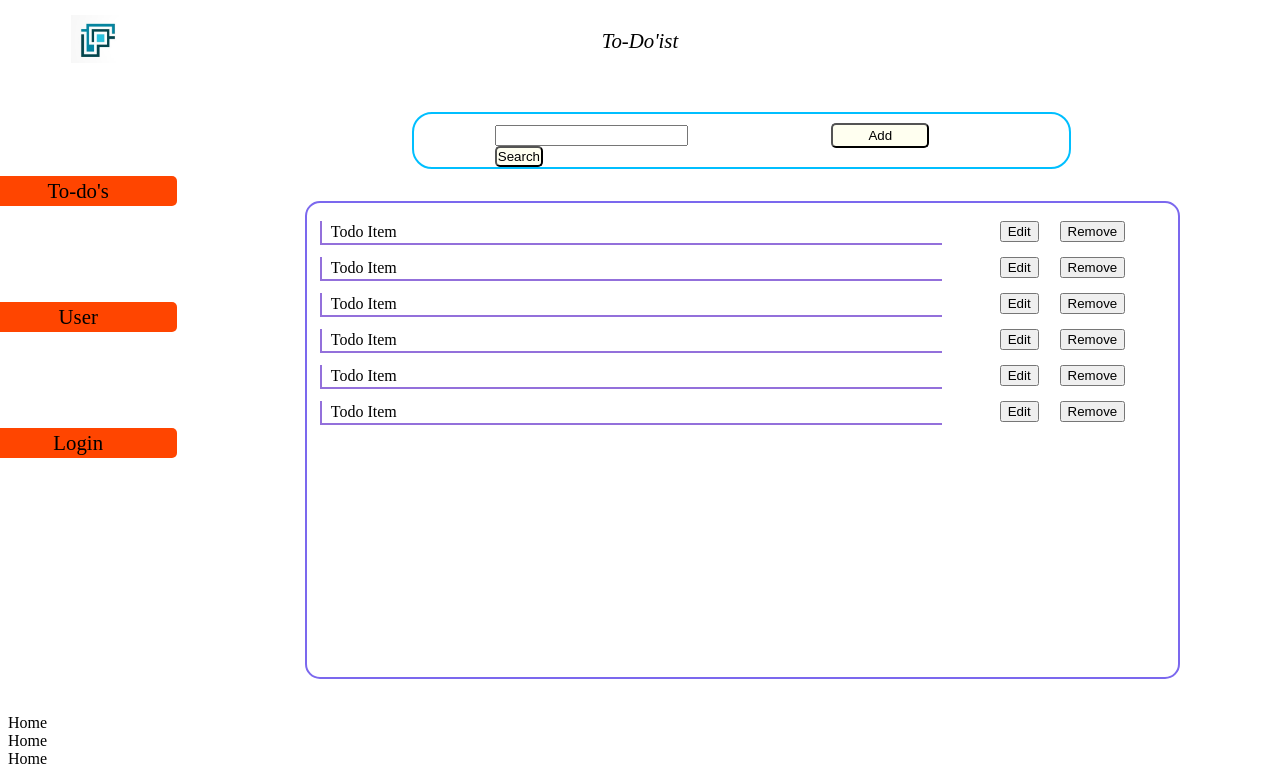
Repository: tavisca-pkadam/Todo-Website
Page: home.html
An editor plug-in stored every save of this project. The page is shown before and after the next save, followed by the edit.
The browser window is 1280 px wide. The pictures show the whole page.

Above is the page before, as saved 2019-08-20 08:57:52.

### home.html
<!DOCTYPE html>
<html>
  <head>
    <meta charset="utf-8" />
    <meta http-equiv="X-UA-Compatible" content="IE=edge" />
    <title>Page Title</title>
    <meta name="viewport" content="width=device-width, initial-scale=1" />
    <link rel="stylesheet" type="text/css" media="screen" href="main.css" />

    <link rel="import" href="components/header.html" />

    <!-- <script src='main.js'></script> -->
  </head>
  <body>
    <div id="head" class="header">
      <img id="company_logo" src="src/logo.jpg" width="5%" />
      <p id="todo_header"><i>To-Do'ist</i></p>
    </div>


    <div id="side_nav">
      <div id="side_todo"  class="side_btn">
        To-do's
      </div>
      <div id="side_user" class="side_btn">
        User
      </div>
      <div id="side_login" class="side_btn">
        Login
      </div>
    </div>
    <div id="todo_content">
        <div id="todo_content_head">
            <div id="todo_content_search">
                <input type="text" style="padding-right:10px">
                <button class="search_button">Search</button>
            </div>
            <button id="todo_content_add" class="search_button">Add</button>
        </div>
        <div id="todo_list">
            <div class="todo_item">
                <div class="todo_detail">
                        Todo Item
                </div>
                <button class="todo_edit_btn">Edit</button>
                <button>Remove</button>
            </div>
            <div class="todo_item">
                <div class="todo_detail">
                        Todo Item
                </div>
                <button class="todo_edit_btn">Edit</button>
                <button>Remove</button>
            </div>
            <div class="todo_item">
                <div class="todo_detail">
                        Todo Item
                </div>
                <button class="todo_edit_btn">Edit</button>
                <button>Remove</button>
            </div>
            <div class="todo_item">
                <div class="todo_detail">
                        Todo Item
                </div>
                <button class="todo_edit_btn">Edit</button>
                <button>Remove</button>
            </div>
            <div class="todo_item">
                <div class="todo_detail">
                        Todo Item
                </div>
                <button class="todo_edit_btn">Edit</button>
                <button>Remove</button>
            </div>
            <div class="todo_item">
                <div class="todo_detail">
                        Todo Item
                </div>
                <button class="todo_edit_btn">Edit</button>
                <button>Remove</button>
            </div>
        </div>
    </div>
    <div class="link_btn">
        <div>Home</div>
        <div>Home</div>
        <div>Home</div>
    </div>
  </body>
</html>

### main.css
.header {
    /* background-color:gray; */
    position: relative;
    width: 100%;
    height: 10vh;
    margin:0%;
    border-bottom: 2px
}

#company_logo {
    position: absolute;
    left: 5%;
    width: 4%;
    margin-top: 1vh;
}

#todo_header {
    font-size: 1.3em;
    font-style: oblique;
    font-stretch: expanded;
    position: absolute;
    width: 100%;
    text-align: center;

    /* right: 45%; */
}

#side_nav {
    position: fixed;
    width: 15%;
    /* background-color: aquamarine; */
    height: 88vh;
}

.side_btn {
    left:-15%;
    text-align: center;
    width: 100%;
    position: relative;
    background-color: orangered;
    margin-top: 50%;
    font-size: 1.3rem;
    border-radius: 5px;
    padding: 3px;
}


#todo_content {
    position: relative;
    left: 15%;
    width:85%;
    /* background-color: aquamarine; */
    height: 88vh;
}

#todo_content_head {
    border: 1px;
    position: relative;
    /* background-color: deepskyblue; */
    padding: 5px;
    width: 60%;
    height: 6vh;
    border-radius: 20px;
    left: 20%;
    top: 5%;

    border-width: 2px;
    border-style: solid;
    border-color: deepskyblue;
}

.search_button{
    text-align: center;
    background-color: ivory;
    border-radius: 5px;
    padding: 0.5%;

}

#todo_content_search{
    position: absolute;
    /* background-color: darksalmon; */
    padding: 0.5%;
    margin-left:4%;
    padding-left: 2%;
    padding-right: 4%;
    left: 5vw;
    border-radius: 10px;
    /* border-width: 1px; */
    /* border-style: solid; */
    margin: 3px;

    border-color: blue;

}
#todo_content_add {
    position: absolute;
    background-color: ivory;
    left: 30vw;
    /* top: 10px; */
    width: 15%;
    margin: 4px;
    margin-left: 5%;
}


#todo_list {
    /* background-color: mediumslateblue; */
    position: relative;
    width: 80%;
    left: 10%;
    top: 10%;
    height: 65vh;
    border-radius: 15px;
    padding:3px;
    padding-left: 8px;


    border-width: 2px;
    border-style: solid;
    border-color: mediumslateblue;
}

.todo_item{
    margin:5px;
    margin-top: 15px;
}

.todo_edit_btn{
    margin-left: 80%;
    margin-right: 2%;
}

.todo_detail{
    width: 70%;

    position: absolute;
    padding: 2px;
    padding-left: 1%;

    border-bottom: 6px solid;
    border-left: 6px solid;
    border-width: 2px;
    border-color: mediumpurple;
    }

.link_btn {
    background
}

After the next save:
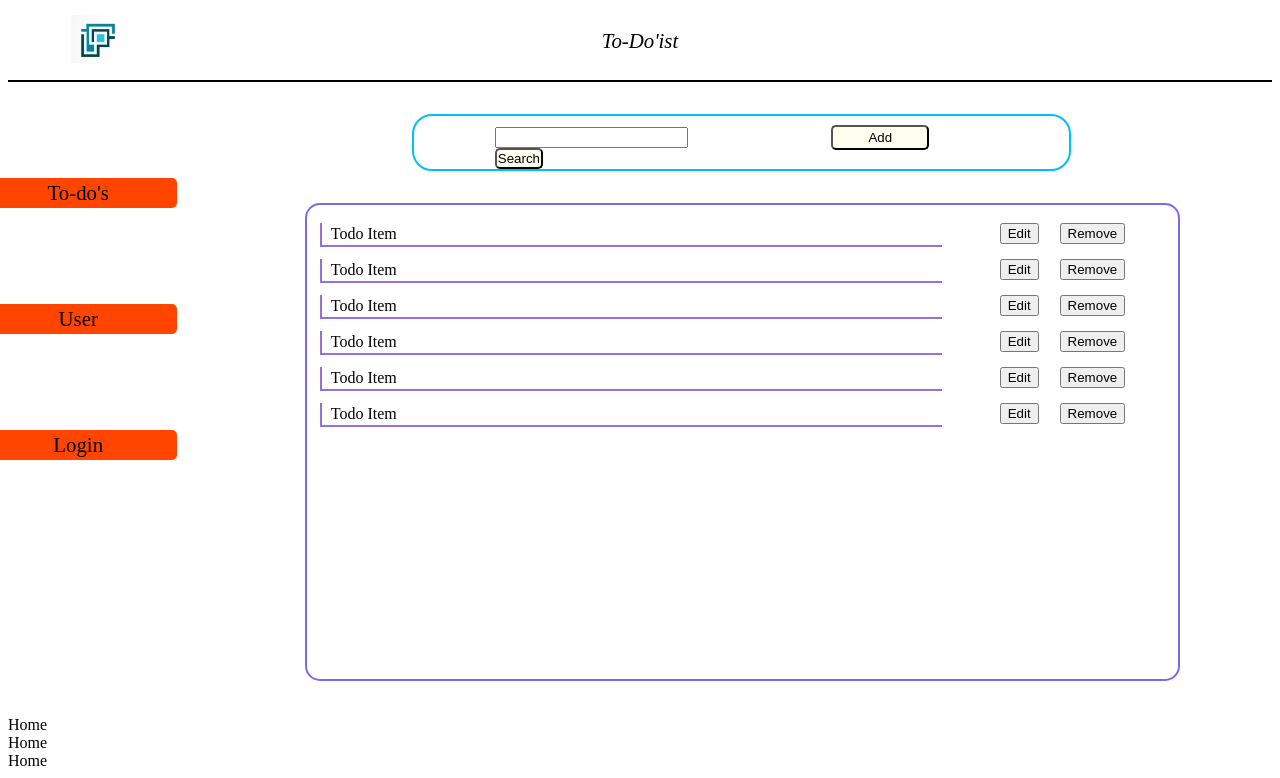
Saved 5 s later.
--- a/main.css
+++ b/main.css
@@ -4,7 +4,7 @@
     width: 100%;
     height: 10vh;
     margin:0%;
-    border-bottom: 2px
+    border-bottom: 2px solid black;
 }
 
 #company_logo {
